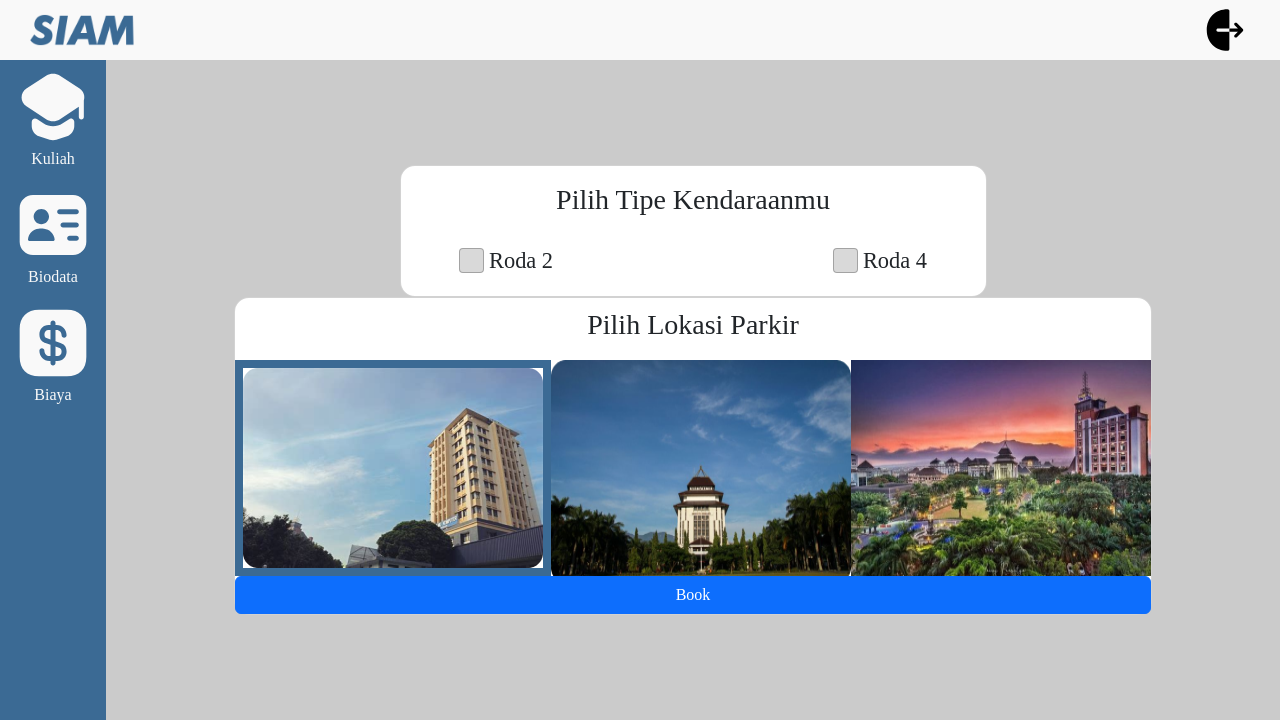
Repository: haikalirf/Project-IMK
Page: parkir.html
These files come from the project's save history. The page is drawn as it stood at one moment and after the next save; the edit follows.
The browser window is 1280 px wide. The pictures show the whole page.
After loading, the first visible `input.gambar-parkir` was clicked once.
Some web fonts or font styles are not loaded; a fallback is used.

Above is the page before, as saved 2022-12-12 23:16:51.

### parkir.html
<!DOCTYPE html>
<html lang="en">
<head>
	<meta charset="UTF-8">
	<meta http-equiv="X-UA-Compatible" content="IE=edge">
	<meta name="viewport" content="width=device-width, initial-scale=1.0">
	<title>SIAM</title>
	<link rel="icon" href="/assets/logo_ub.ico">
	<link rel="stylesheet" href="https://cdn.jsdelivr.net/npm/bootstrap@5.2.3/dist/css/bootstrap.min.css" integrity="sha384-rbsA2VBKQhggwzxH7pPCaAqO46MgnOM80zW1RWuH61DGLwZJEdK2Kadq2F9CUG65" crossorigin="anonymous">
	<link rel="stylesheet" href="/styles/parkir.css">
</head>
<body>
	<nav class="navbar" id="navbar">
		<a class="navbar-brand" href="/kuliah.html">
			<img id="navbar-image" src="/assets/SIAM.png" alt="SIAM">
		</a>
		<a class="navbar-link" href="landing.html">
			<img id="navbar-image" src="/assets/Logout.svg" alt="Logout">
		</a>
	</nav>
	<div class="mh-100" id="sidebar">
		<a class="btn" href="">
			<img id="sidebar-kuliah" src="/assets/Kuliah Logo.svg" alt="Kuliah">
			<label for="sidebar-kuliah">Kuliah</label>
		</a>
		<a class="btn" href="">
			<img id="sidebar-biodata" src="/assets/Biodata Logo.svg" alt="Biodata">
			<label for="sidebar-biodata">Biodata</label>
		</a>
		<a class="btn" href="">
			<img id="sidebar-biaya" src="/assets/Biaya Logo.svg" alt="Biaya">
			<label for="sidebar-biaya">Biaya</label>
		</a>
	</div>
	<main>
		<div class="card" id="cardTop">
			<h3 class="card-judul">Pilih Tipe Kendaraanmu</h3>
			<div class="d-flex justify-content-between" id="formRoda">
				<div class="form-check d-flex">
					<input class="form-check-input check-roda" type="checkbox" value="" id="checkRodaDua">
					<label class="form-check-label label-roda" for="checkRodaDua">
						Roda 2
					</label>
				</div>
				<div class="form-check d-flex">
					<input class="form-check-input check-roda" type="checkbox" value="" id="checkRodaEmpat">
					<label class="form-check-label label-roda" for="checkRodaEmpat">
						Roda 4
					</label>
				</div>
			</div>
		</div>
		<div class="card">
			<h3 class="card-judul">Pilih Lokasi Parkir</h3>
			<div class="d-flex align-content-around">
				<input class="gambar-parkir" type="image" src="/assets/filkom.png" onclick="border(this)">
				<input class="gambar-parkir" type="image" src="/assets/rektorat.png" onclick="border(this)">
				<input class="gambar-parkir" type="image" src="/assets/seluruh_ub.png" onclick="border(this)">
			</div>
			<button type="button" class="btn btn-primary">Book</button>
		</div>
	</main>
	<script src="https://cdn.jsdelivr.net/npm/bootstrap@5.2.3/dist/js/bootstrap.bundle.min.js" integrity="sha384-kenU1KFdBIe4zVF0s0G1M5b4hcpxyD9F7jL+jjXkk+Q2h455rYXK/7HAuoJl+0I4" crossorigin="anonymous"></script>
	<script src="/scripts/parkir.js"></script>
</body>
</html>

### styles/parkir.css
/* CSS Reset */
/*
	Josh's Custom CSS Reset
	https://www.joshwcomeau.com/css/custom-css-reset/
*/
*, *::before, *::after {
	box-sizing: border-box;
}
  * {
	margin: 0;
}
html, body {
	height: 100%;
}
body {
	line-height: 1.5;
	-webkit-font-smoothing: antialiased;
}
img, picture, video, canvas, svg {
	display: block;
	max-width: 100%;
}
input, button, textarea, select {
	font: inherit;
}
p, h1, h2, h3, h4, h5, h6 {
	overflow-wrap: break-word;
}
#root, #__next {
	isolation: isolate;
}
/* CSS Reset ends */

body {
	background-color: #cbcbcb;
	font-family: 'readex';
	font-size: 16px;
}

@font-face {
	font-family: 'readex';
	src:url('/assets/fonts/ReadexPro-Medium.ttf');
}

#navbar {
	display: flex;
	justify-content: space-between;
	position: fixed;
	background-color: #f9f9f9;
	z-index: 1;
	width: 100%;
	padding: 0px 30px;
}

#navbar-image {
	height: 50px;
}

main {
	padding-top: 60px;
	padding-left: 106px;
	display: flex;
	flex-direction: column;
	justify-content: center;
	align-items: center;
	height: 100vh;
}

#sidebar {
	background-color: #3b6a94;
	display: flex;
	flex-direction: column;
	flex: 1;
	position: fixed;
	height: 100vh;
	padding-top: 60px;
}

#sidebar img {
	width: 80px;
	height: 80px;
}

a img, a label {
	color: #f9f9f9;
}

.card {
	border-radius: 15px;
}

#cardTop {
	width: 50%;
	height: 20%;
	display: flex;
	justify-content: center;
}

.card-judul {
	align-self: center;
	padding: 10px 0px;
}

#formRoda {
	padding: 10px 10%;
}

.check-roda {
	width: 25px;
	height: 25px;
	background-color: #D9D9D9;
}

.label-roda {
	margin-left: 5px;
	font-size: 1.4em;
}

.gambar-parkir {
	box-sizing: content-box
}

### scripts/parkir.js
function border(image) {
	const allImage = document.querySelectorAll('.gambar-parkir');
	allImage.forEach(e => {
		e.style.border = "";
	});
	image.style.border = "8px solid #3B6A94";
}

After the next save:
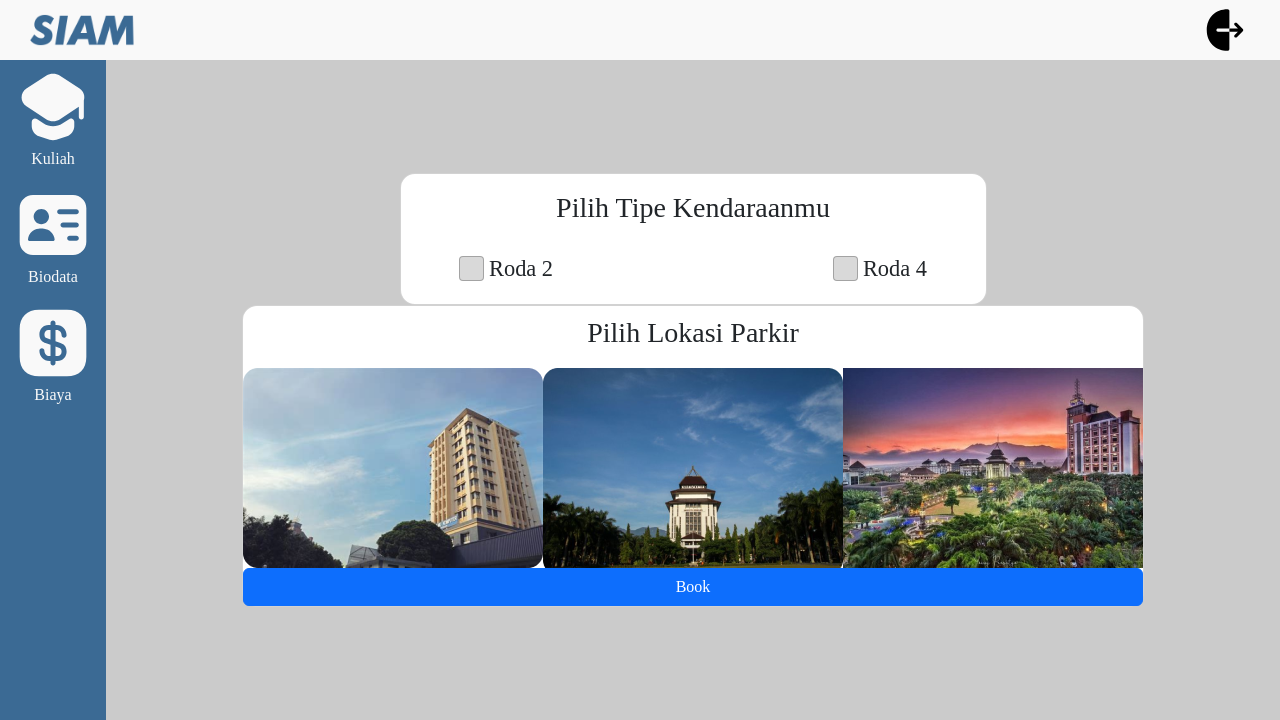
Saved 48 s later.
--- a/scripts/parkir.js
+++ b/scripts/parkir.js
@@ -3,5 +3,5 @@
 	allImage.forEach(e => {
 		e.style.border = "";
 	});
-	image.style.border = "8px solid #3B6A94";
+	image.style.border = "8px #3B6A94";
 }

After the save that followed:
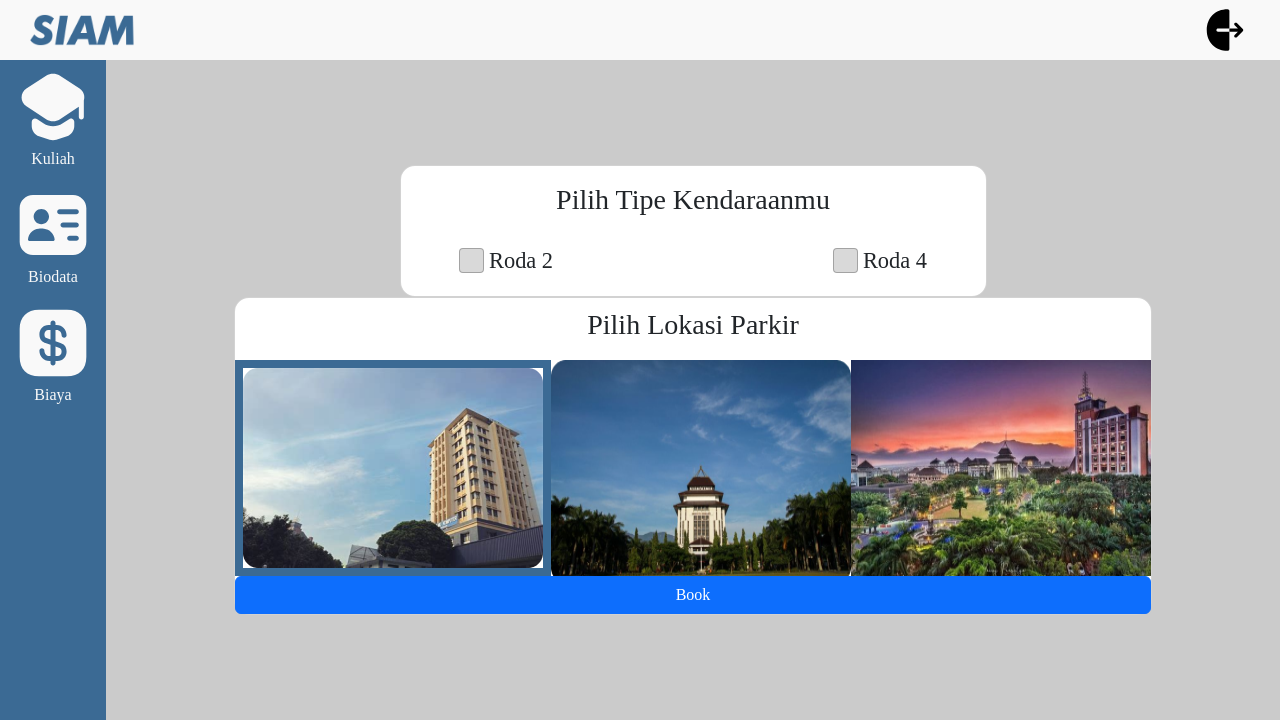
Saved 42 s later.
--- a/scripts/parkir.js
+++ b/scripts/parkir.js
@@ -3,5 +3,5 @@
 	allImage.forEach(e => {
 		e.style.border = "";
 	});
-	image.style.border = "8px #3B6A94";
+	image.style.border = "8px solid #3B6A94";
 }
